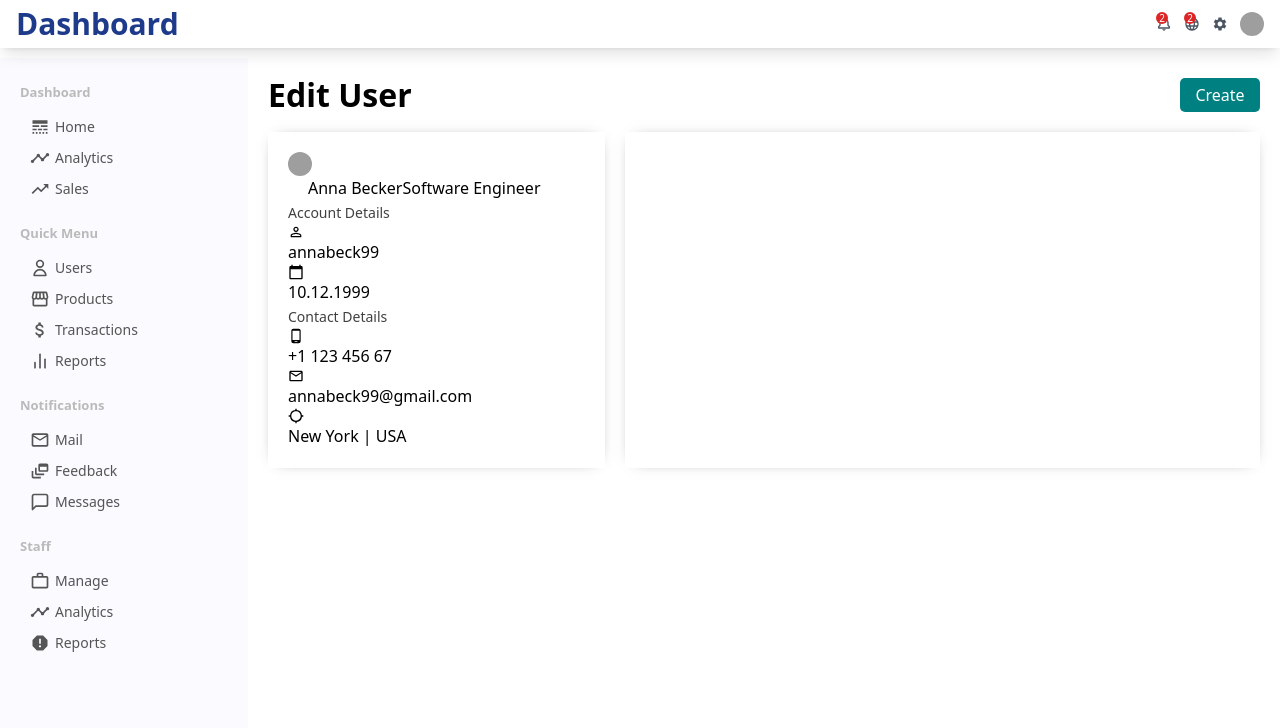
Repository: nation430/React-AdminDashboard
Page: /user/3
These files come from the project's save history. The page is drawn as it stood at one moment and after the next save; the edit follows.
The browser window is 1280 px wide. The pictures show the whole page.
Pictures or frames that could not be fetched are drawn as grey boxes. The project was rebuilt for these pictures with package versions that can differ from the ones it lists, and the page was loaded fresh each time. Also part of the build but not shown: src/pages/home/home.css, src/components/featuredInfo/featuredInfo.css, src/components/featuredInfo/FeaturedInfo.jsx, src/components/chart/chart.css, src/components/chart/Chart.jsx, src/dummyData.js, src/components/widgetSm/widgetSm.css, src/components/widgetSm/WidgetSm.jsx and 5 more.

Above is the page before, as saved 2022-08-31 11:09:32.

### public/index.html
<!DOCTYPE html>
<html lang="en">
  <head>
    <meta charset="utf-8" />
    <meta name="viewport" content="width=device-width, initial-scale=1" />
    <meta name="theme-color" content="#000000" />
    <meta
      name="description"
      content="Web site created using create-react-app"
    />
    <link rel="preconnect" href="https://fonts.googleapis.com" />
    <link rel="preconnect" href="https://fonts.gstatic.com" crossorigin />
    <link
      href="https://fonts.googleapis.com/css2?family=Source+Sans+Pro:wght@200;300;400;600;700&display=swap"
      rel="stylesheet"
    />

    <title>React Admin Dashboard</title>
  </head>
  <body>
    <noscript>You need to enable JavaScript to run this app.</noscript>
    <div id="root"></div>
  </body>
</html>

### src/index.css
@tailwind base;
h1 {
  @apply text-2xl;
}
h2 {
  @apply text-xl;
}
h3 {
  @apply text-lg;
}
@tailwind components;
@tailwind utilities;

* {
  margin: 0;
  padding:0;
  box-sizing: border-box;

}

### src/App.js
import Topbar from "./components/topbar/Topbar";
import Sidebar from "./components/sidebar/Sidebar";
import Home from "./pages/home/Home";
import "./app.css";
import { BrowserRouter as Router, Routes, Route } from "react-router-dom";
import UserList from "./pages/home/userList/UserList";
import User from "./pages/home/user/User";

function App() {
  return (
    <Router>
      <Topbar />
      <div className="wrapper flex h-full">
        <Sidebar />
        <Routes>
          <Route exact path="/">
            <Route path="/" element={<Home />} />
            <Route path="users" element={<UserList />} />
            <Route path="/user/:userId" element={<User />} />
          </Route>
        </Routes>
      </div>
    </Router>
  );
}

export default App;

### src/components/topbar/Topbar.jsx
import React from "react";
import  "./topbar.css";
import { BiBell } from 'react-icons/bi';
import { MdLanguage, MdSettings  } from "react-icons/md";


export default function Topbar () {
    return(
        <div className="topbar w-full h-12 bg-white sticky top-0 z-50 shadow-lg ">
            <div className="topbarWeapper flex items-center justify-between h-full px-4 py-0">
            <div className="topLeft">
                <span className="logo font-bold text-3xl text-blue-900 cursor-pointer ...">Dashboard</span>
            </div>
            <div className="topRight flex items-center">

                {/* First icon  */}
                <div className="topbarIconsContainer relative cursor-pointer ... ml-3 text-gray-600">
                <BiBell />
                <span className="topIconBadge absolute text-white bg-red-600 right-1 -top-1 flex items-center justify-center rounded-full text-xs h-3 w-3">2</span>
                </div>

                   {/*second icon  */}
                <div className="topbarIconsContainer relative cursor-pointer ... ml-3 text-gray-600">
                <MdLanguage />
                <span className="topIconBadge absolute text-white bg-red-600 right-1 -top-1 flex items-center justify-center rounded-full text-xs h-3 w-3">2</span>
                </div>


                    {/*third icon  */}
                <div className="topbarIconsContainer relative cursor-pointer ... mx-3 text-gray-600">
                < MdSettings  />
                </div>

                <img src="images/img.png" alt="BigCo Inc. logo"  className="topAvater w-6 h-6 rounded-full cursor-pointer ..."/>

            </div>
            </div>
        </div>
    )

}

### src/components/sidebar/Sidebar.jsx
import "./sidebar.css";
import { MdLineStyle, MdOutlineTimeline, MdTrendingUp, MdStorefront, MdAttachMoney, MdOutlineMail, MdDynamicFeed, MdWorkOutline, MdReport} from "react-icons/md";
import { HiOutlineUser} from "react-icons/hi";
import { FiBarChart2, FiMessageSquare} from "react-icons/fi";

export default function sidebar(){
    return(
        <div className="sidebar sticky">
        <div className="sidebarWrapper p-5">
            {/* first sidenavbar */}
            <div className="sidebarMenu mb-2.5">
                <h3 className="sidebarTitle">Dashboard</h3>
                <ul className="sidebarList px-4 py-0">
                    <li className="sidebarListItems flex items-center">
                    <MdLineStyle className="sidebarIcon"/>
                    Home
                    </li>

                    <li className="sidebarListItems flex items-center">
                    <MdOutlineTimeline className="sidebarIcon" />
                    Analytics
                    </li>


                    <li className="sidebarListItems flex items-center">
                    <MdTrendingUp className="sidebarIcon" />
                   Sales
                    </li>
                </ul>
            </div>

            {/* second sidenavbar */}
            <div className="sidebarMenu mb-2.5">
                <h3 className="sidebarTitle">Quick Menu</h3>
                <ul className="sidebarList px-4 py-1">
                    <li className="sidebarListItems flex items-center">
                    <HiOutlineUser className="sidebarIcon" />
                    Users
                    </li>

                    <li className="sidebarListItems flex  items-center" >
                    <MdStorefront className="sidebarIcon" />
                    Products
                    </li>

                    <li className="sidebarListItems flex items-center">
                    <MdAttachMoney className="sidebarIcon" />
                   Transactions
                    </li>


                    <li className="sidebarListItems flex items-center">
                    <FiBarChart2 className="sidebarIcon" />
                   Reports
                    </li>
                </ul>
            </div>

                {/* third sidenavbar */}
                <div className="sidebarMenu mb-2.5">
                <h3 className="sidebarTitle">Notifications</h3>
                <ul className="sidebarList px-4 py-1">
                    <li className="sidebarListItems flex items-center">
                    <MdOutlineMail className="sidebarIcon" />
                    Mail
                    </li>

                    <li className="sidebarListItems flex  items-center" >
                    <MdDynamicFeed className="sidebarIcon" />
                    Feedback
                    </li>

                    <li className="sidebarListItems flex items-center">
                    <FiMessageSquare className="sidebarIcon" />
                   Messages
                    </li>
                </ul>
            </div>

                {/* fourth sidenavbar */}
                <div className="sidebarMenu mb-2.5">
                <h3 className="sidebarTitle">Staff</h3>
                <ul className="sidebarList px-4 py-1">
                    <li className="sidebarListItems flex items-center">
                    <MdWorkOutline className="sidebarIcon" />
                    Manage
                    </li>

                    <li className="sidebarListItems flex  items-center" >
                    <MdOutlineTimeline className="sidebarIcon" />
                    Analytics
                    </li>

                    <li className="sidebarListItems flex items-center">
                    <MdReport className="sidebarIcon" />
                   Reports
                    </li>
                </ul>
            </div>
        </div>
        </div>
    )
}

### src/app.css

* {
    margin: 0;
    padding:0;
    box-sizing: border-box;

}


h1{
    font-size: 2em ;
    font-weight: bolder;
}

h2{
    font-size: 1.5em ;
    font-weight: bolder;
}

h3{
    font-size: 1.17em ;
    font-weight: bolder;
}

.wrapper{
    margin-top:10px;
}

### src/pages/home/user/User.jsx
import "./user.css";
import {MdPermIdentity,  MdCalendarToday, MdPhoneAndroid, MdMailOutline, MdLocationSearching } from "react-icons/md";

export default function User(){
    return(

        <div className="user">
            <div className="userTitleContainer flex items-center justify-between">
                <h1 className="userTitle">Edit User</h1>
                <button className="userAddButton border-none cursor-pointer---">Create</button>
            </div>
            <div className="userContainer flex">
            <div className="userShow">
          <div className="userShowTop">
            <img
              src="https://images.pexels.com/photos/1152994/pexels-photo-1152994.jpeg?auto=compress&cs=tinysrgb&dpr=2&w=500"
              alt=""
              className="userShowImg mg w-6 h-6 rounded-full object-cover "
            />
            <div className="userShowTopTitle">
              <span className="userShowUsername">Anna Becker</span>
              <span className="userShowUserTitle">Software Engineer</span>
            </div>
          </div>
          <div className="userShowBottom">
            <span className="userShowTitle">Account Details</span>
            <div className="userShowInfo">
              <MdPermIdentity className="userShowIcon" />
              <span className="userShowInfoTitle">annabeck99</span>
            </div>
            <div className="userShowInfo">
              <MdCalendarToday className="userShowIcon" />
              <span className="userShowInfoTitle">10.12.1999</span>
            </div>
            <span className="userShowTitle">Contact Details</span>
            <div className="userShowInfo">
              <MdPhoneAndroid className="userShowIcon" />
              <span className="userShowInfoTitle">+1 123 456 67</span>
            </div>
            <div className="userShowInfo">
              <MdMailOutline className="userShowIcon" />
              <span className="userShowInfoTitle">annabeck99@gmail.com</span>
            </div>
            <div className="userShowInfo">
              <MdLocationSearching className="userShowIcon" />
              <span className="userShowInfoTitle">New York | USA</span>
            </div>
          </div>
        </div>
              <div className="userUpdate"></div>
              </div>
            </div>

    )
}

### src/components/topbar/topbar.css
.text-xs{
    font-size: 10px;
  }

### src/components/sidebar/sidebar.css
.sidebar{
    flex: 1;
    height: calc(100vh - 50px);
    top:50px;
    background:rgb(251, 251, 255);
}

.sidebarWrapper{
    color: #555;
}

.sidebarTitle{
    font-size: 13px;
    color:rgb(187, 186, 186);
}

.sidebarList{
    padding:5px;
    font-size: 14px;;
}


.sidebarListItems {
    padding:5px;
    cursor: pointer;
    border-radius: 10px;
}

.sidebarListItems.active,
.sidebarListItems:hover{
    background:rgb(228, 228, 250);
}

.sidebarIcon{
    margin-right:5px;
    font-size:20px;
}

### src/pages/home/user/user.css
.user{
    flex: 4;
    padding: 20px;
  }

  .userAddButton{
      width:80px;
      padding:5px;
      background: teal;
      border-radius: 5px;
      color:white;
      font-size: 16px;

  }
  .userContainer{
      margin-top:20px;
  }


  .userShow {
    flex: 1;
    padding: 20px;
    -webkit-box-shadow: 0px 0px 15px -10px rgba(0, 0, 0, 0.75);
    box-shadow: 0px 0px 15px -10px rgba(0, 0, 0, 0.75);
  }



  .userShowTopTitle{
    flex-direction: column;
    margin-left: 20px;
  }

  .userShowTitle{
    font-size: 14px;
    color: rgba(0,0,0,0.75)
  }

  .userUpdate {
    flex: 2;
    padding: 20px;
    -webkit-box-shadow: 0px 0px 15px -10px rgba(0, 0, 0, 0.75);
    box-shadow: 0px 0px 15px -10px rgba(0, 0, 0, 0.75);
    margin-left: 20px;
  }

Loaded but not shown: src/index.js (common file); tailwind.config.js (common file)

After the next save:
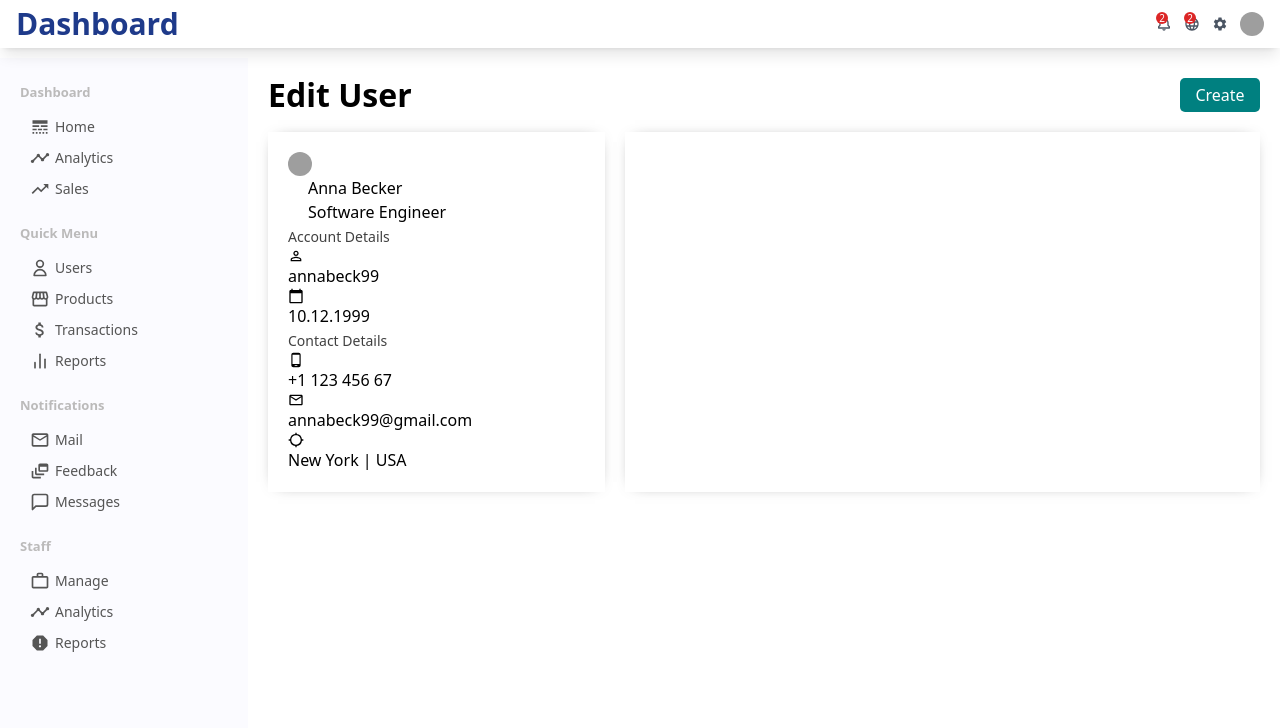
Saved 64 s later.
--- a/src/pages/home/user/User.jsx
+++ b/src/pages/home/user/User.jsx
@@ -17,7 +17,7 @@ export default function User(){
               alt=""
               className="userShowImg mg w-6 h-6 rounded-full object-cover "
             />
-            <div className="userShowTopTitle">
+            <div className="userShowTopTitle flex">
               <span className="userShowUsername">Anna Becker</span>
               <span className="userShowUserTitle">Software Engineer</span>
             </div>
